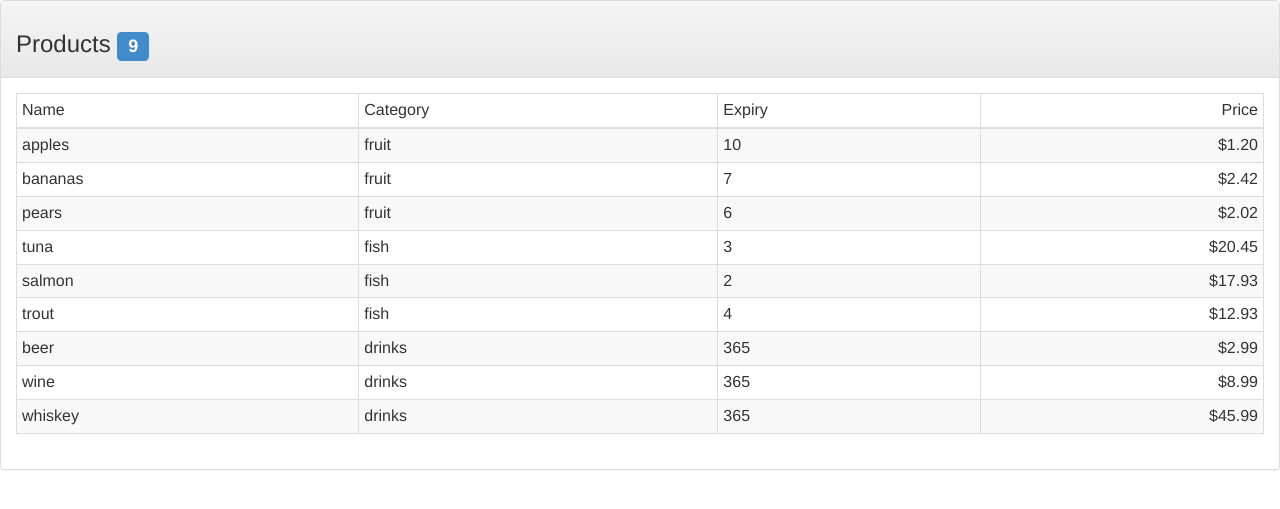
Repository: chisun-joung/workplace
Page: angularJS/WebContent/Chap14_Filter_CustomFilter/P430_CustomFilter.html
An editor plug-in stored every save of this project. The page is shown before and after the next save, followed by the edit.
The browser window is 1280 px wide. The pictures show the whole page.
Some web libraries are served in a nearby version.

Above is the page before, as saved 2016-11-29 05:48:25.

After the next save:
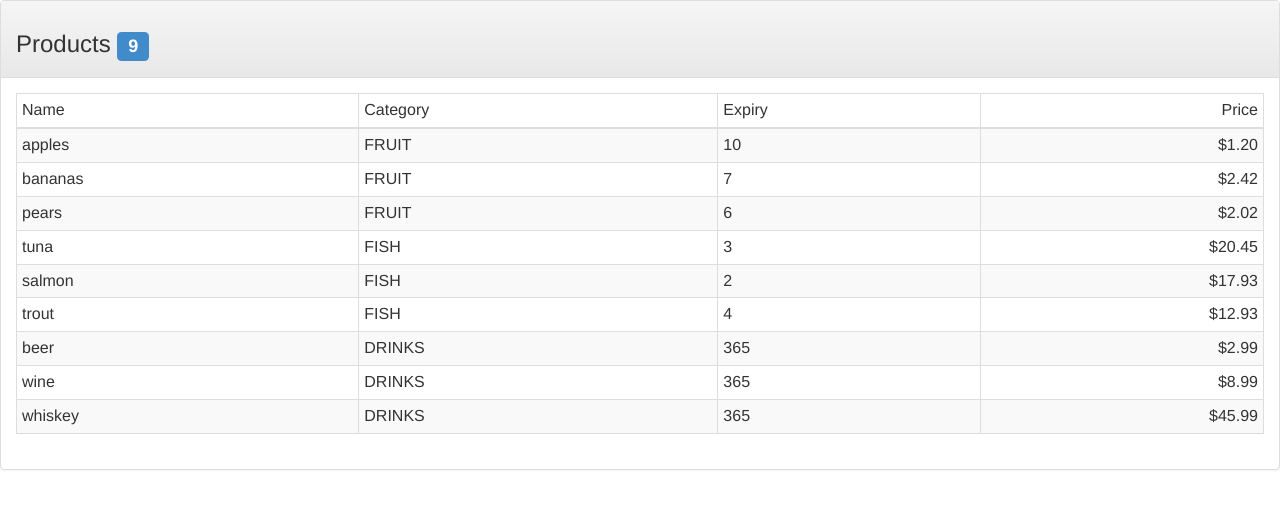
Saved 58 s later.
--- a/angularJS/WebContent/Chap14_Filter_CustomFilter/P430_CustomFilter.html
+++ b/angularJS/WebContent/Chap14_Filter_CustomFilter/P430_CustomFilter.html
@@ -10,7 +10,7 @@
 		demo.filter('labelFilter',[function(){
 			return function(data, ok){
 				if(angular.isDefined(data)){
-					if(angular.equals(ok,"true")){
+					if(angular.equals(ok,true)){
 						return data.toUpperCase();
 					} else {
 						console.log(ok);
